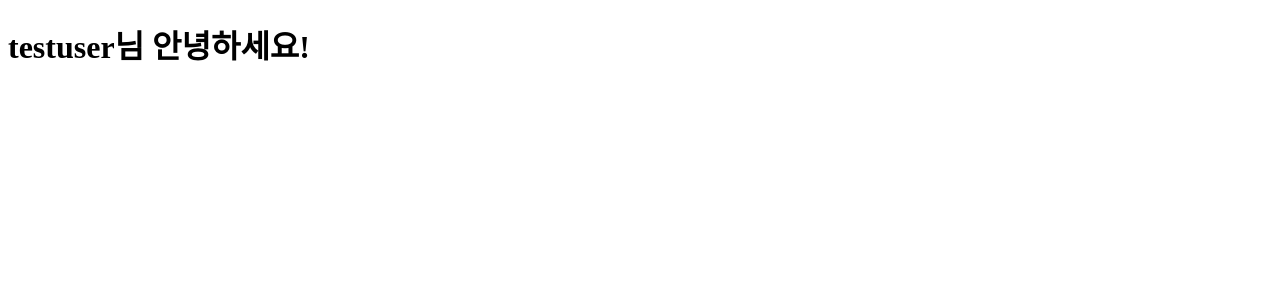
Repository: o3orr/jsp_study
Page: http://localhost/web-study-04/10_main.jsp
An editor plug-in stored every save of this project. The page is shown before and after the next save, followed by the edit.
The browser window is 1280 px wide. The pictures show the whole page.
The page is served by Tomcat 9. The session is filled in as if someone had signed in: {"loginUser": "testuser"}.

Above is the page before, as saved 2024-03-04 07:45:47.

After the next save:
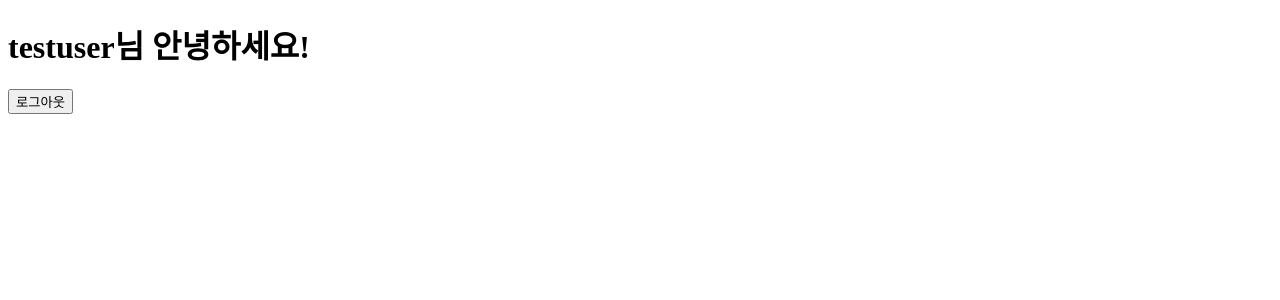
Saved 50 s later.
--- a/web-study-04/src/main/webapp/10_main.jsp
+++ b/web-study-04/src/main/webapp/10_main.jsp
@@ -17,7 +17,7 @@
 
 	<h1><%= session.getAttribute("loginUser") %>님 안녕하세요!</h1>
 	<form action="10_logout.jsp" method="post">
-
+		<input type="submit"  value="로그아웃">
 	</form>
 
 <%
